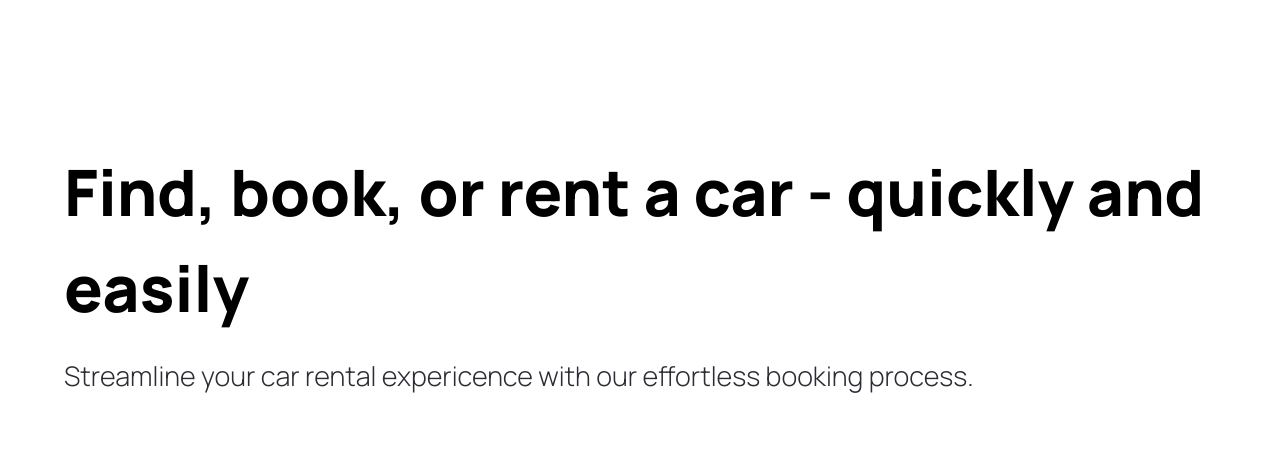
Repository: AmolPawar7181/CarHub
Page: /
An editor plug-in stored every save of this project. The page is shown before and after the next save, followed by the edit.
The browser window is 1280 px wide. The pictures show the whole page.
The project was rebuilt for these pictures with package versions that can differ from the ones it lists, and the page was loaded fresh each time. The framework's server and built-in components were replaced by stand-ins that run in the browser. Also part of the build but not shown: next.config.js.

Above is the page before, as saved 2023-07-04 10:38:41.

After the next save:
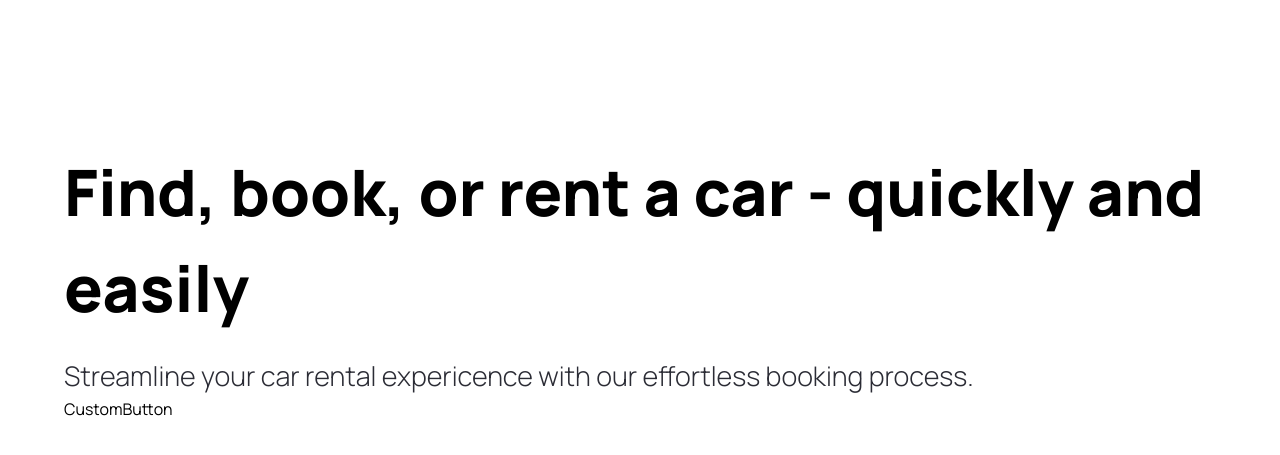
Saved 13 s later.
--- a/components/Hero.tsx
+++ b/components/Hero.tsx
@@ -1,4 +1,5 @@
 import Image from 'next/image';
+import CustomButton from './CustomButton';
 
 const Hero = () => {
 	return (
@@ -12,6 +13,7 @@
 					Streamline your car rental expericence with our effortless booking
 					process.
 				</p>
+				<CustomButton />
 			</div>
 		</div>
 	);

After the save that followed:
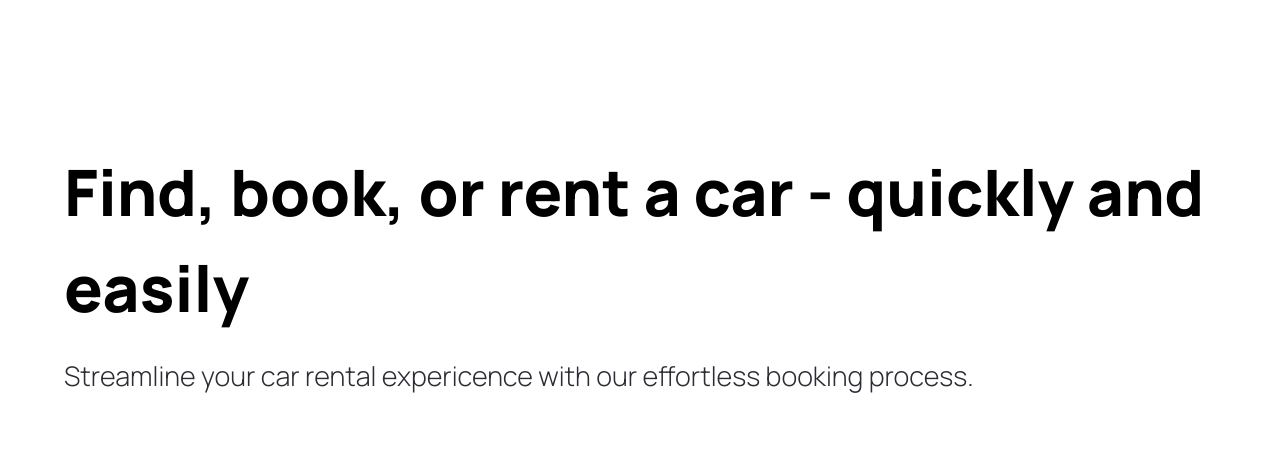
Saved 117 s later.
--- a/components/CustomButton.tsx
+++ b/components/CustomButton.tsx
@@ -1,7 +1,14 @@
-import React from 'react';
+import Image from 'next/image';
 
 const CustomButton = () => {
-	return <div>CustomButton</div>;
+	return (
+		<button
+			disabled={false}
+			type={'button'}
+			className={`custom-btn`}
+			onClick={() => {}}
+		></button>
+	);
 };
 
 export default CustomButton;
